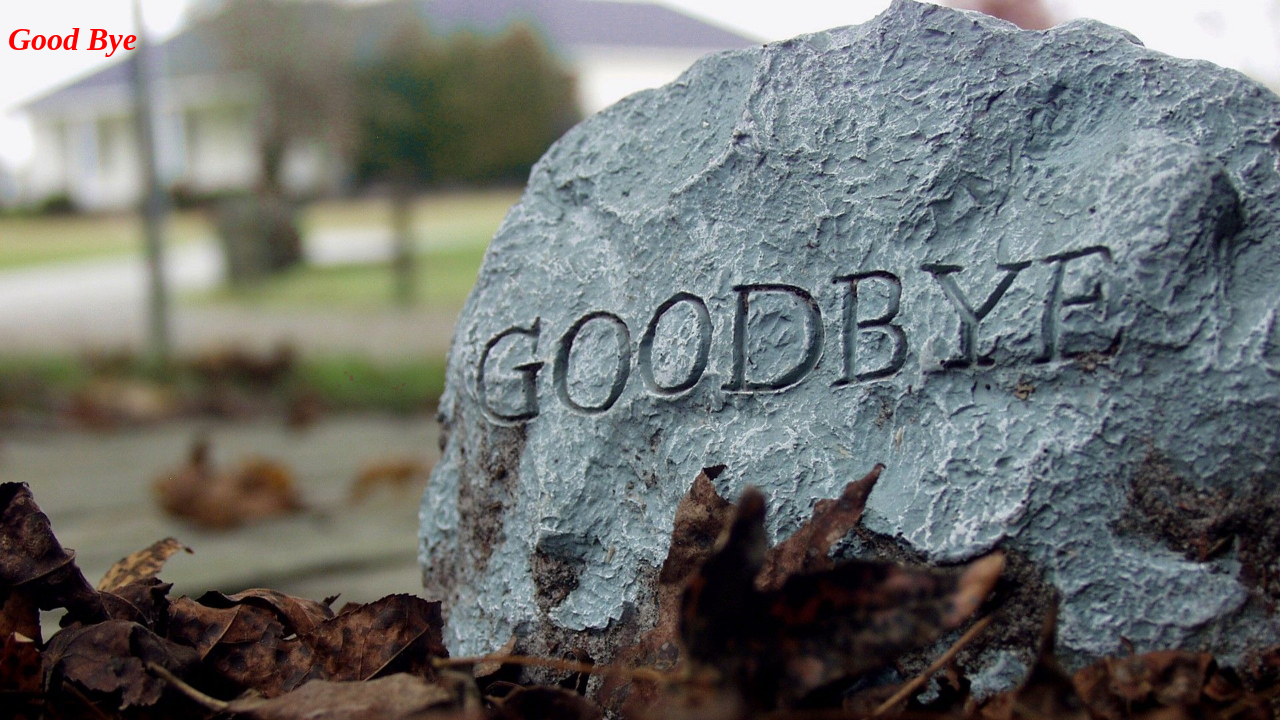
Repository: AJEET006/AdvanceJava-DSA
Page: ADVANCE_JAVA/HW_Example/WebContent/GoodBye.html
These files come from the project's save history. The page is drawn as it stood at one moment and after the next save; the edit follows.
The browser window is 1280 px wide. The page is 1288 px wide, so the pictures cover 1288 px, including what lies to the right of the window. The pictures show the whole page.

Above is the page before, as saved 2022-06-21 17:47:16.

### ADVANCE_JAVA/HW_Example/WebContent/GoodBye.html
<!DOCTYPE html>
<html>
<head>

<style>
	body{background-image:url("./GoodBye.jpg"); height: 200%;width:100%;background-repeat: no-repeat;
	background-size: cover;}
</style>
<title>Good bye</title>
</head>

<body>
	<font color="red">
	<h1>

	<i><a>Good Bye</a></i></h1>
	</font>

</body>
</html>

After the next save:
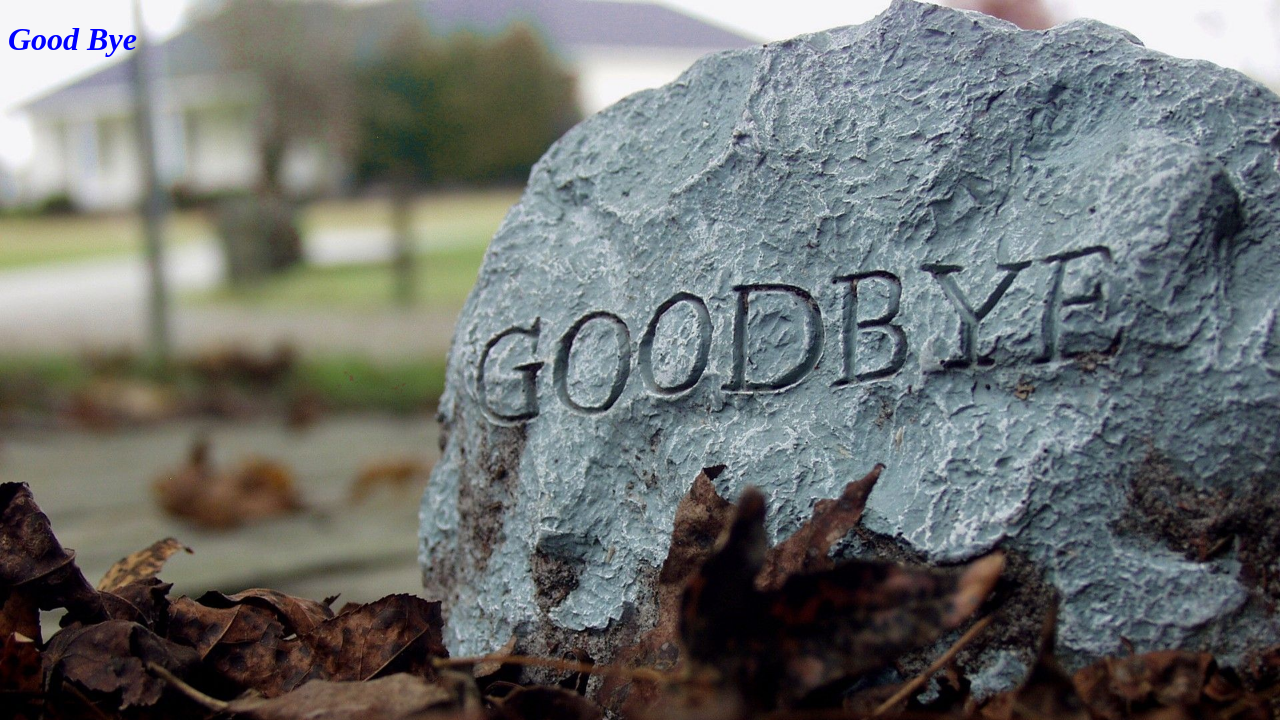
Saved 28 s later.
--- a/ADVANCE_JAVA/HW_Example/WebContent/GoodBye.html
+++ b/ADVANCE_JAVA/HW_Example/WebContent/GoodBye.html
@@ -10,7 +10,7 @@
 </head>
 
 <body>
-	<font color="red">
+	<font color="blue">
 	<h1>
 
 	<i><a>Good Bye</a></i></h1>
